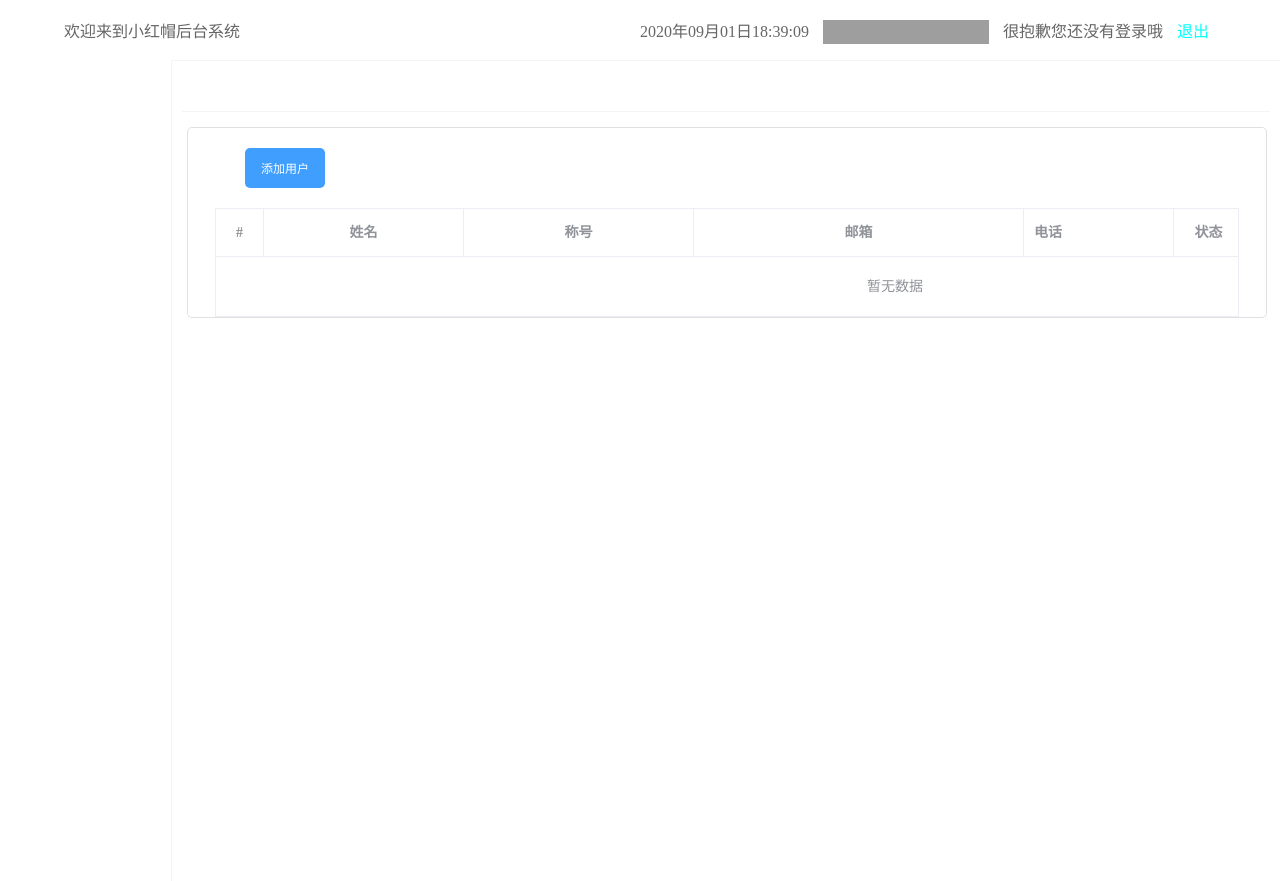
Repository: jinggegeZ/whitesystem
Page: /rights/roles
An editor plug-in stored every save of this project. The page is shown before and after the next save, followed by the edit.
The browser window is 1280 px wide. The pictures show the whole page.
Pictures or frames that could not be fetched are drawn as grey boxes. The page's requests for data from a server got no answer. The project was rebuilt for these pictures with package versions that can differ from the ones it lists, and the page was loaded fresh each time. No one was signed in, and anything a server would have sent is missing. Also part of the build but not shown: vue.config.js, src/views/Home.vue.

Above is the page before, as saved 2020-09-02 12:46:57.

After the next save:
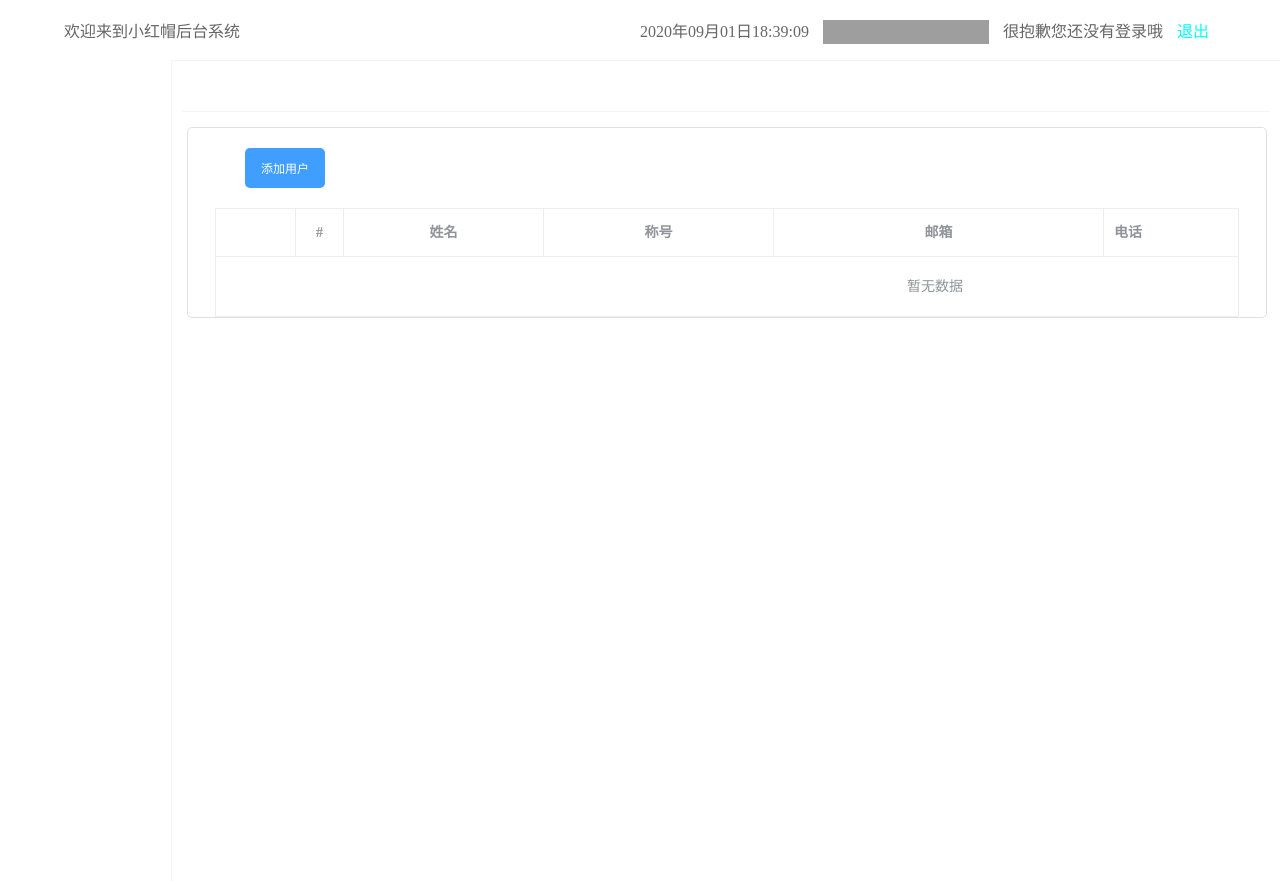
Saved 80 s later.
--- a/src/views/roleList/RoleList.vue
+++ b/src/views/roleList/RoleList.vue
@@ -46,6 +46,8 @@
         <!-- 用户表格 -->
         <div class="list_b">
           <el-table :data="roles" border stripe style="width: 100%">
+          <!-- 展开符 -->
+            <el-table-column label="" align="center"></el-table-column>
             <!-- 下标 -->
             <el-table-column label="#" type="index" :index="indexMethod" align="center"></el-table-column>
             <!-- 下标 -->
